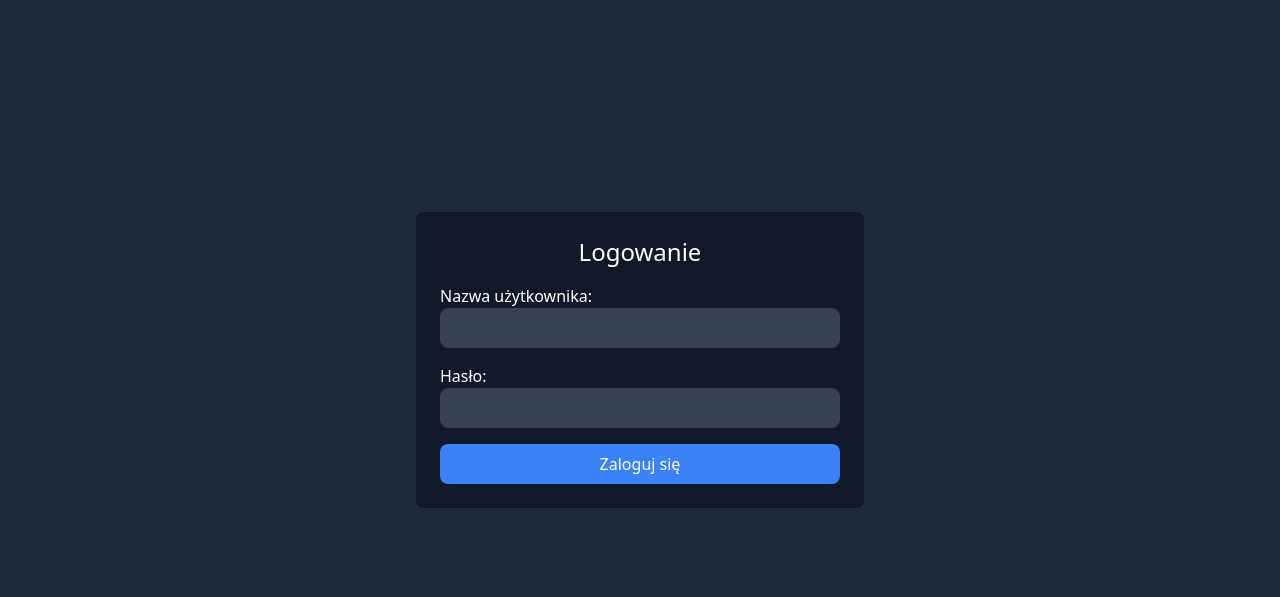
Repository: DaveCala/AplikacjaMeble
Page: http://localhost/login/login_form.php
The author's editor kept a copy of each file at every save. The page is drawn from the files as they stood at one save, then again after the next save.
The browser window is 1280 px wide. The pictures show the whole page.
Some web libraries are served in a nearby version. The page is run by PHP 8.4 with error messages shown; the project is at /var/www/html/.

Above is the page before, as saved 2024-11-29 11:40:55.

### login/login_form.php
<?php
session_start();
?>

<!DOCTYPE html>
<html lang="pl">
<head>
    <meta charset="UTF-8">
    <meta name="viewport" content="width=device-width, initial-scale=1.0">
    <title>Logowanie</title>
    <script src="https://cdn.tailwindcss.com"></script>
</head>
<body class="bg-gray-800 flex items-center justify-center min-h-screen">

    <div class="bg-gray-900 p-6 rounded-lg w-full max-w-md">
        <h1 class="text-white text-2xl mb-4 text-center">Logowanie</h1>

        <!-- Sprawdzamy, czy w sesji jest komunikat o błędzie -->
        <?php if (isset($_SESSION['error_message'])) : ?>
            <div class="bg-red-600 text-white py-2 px-4 rounded-lg mb-4">
                <?php echo htmlspecialchars($_SESSION['error_message']); ?>
            </div>
            <?php unset($_SESSION['error_message']); // Usuwamy komunikat po wyświetleniu ?>
        <?php endif; ?>

        <!-- Formularz logowania -->
        <form method="POST" action="login.php">
            <div class="mb-4">
                <label for="username" class="block text-white">Nazwa użytkownika:</label>
                <input type="text" name="username" id="username" class="w-full py-2 px-4 rounded-lg bg-gray-700 text-white" value="">
            </div>
            <div class="mb-4">
                <label for="password" class="block text-white">Hasło:</label>
                <input type="password" name="password" id="password" class="w-full py-2 px-4 rounded-lg bg-gray-700 text-white" value="">
            </div>
            <button type="submit" class="w-full bg-blue-500 py-2 px-4 rounded-lg text-white hover:bg-blue-600">Zaloguj się</button>
        </form>
    </div>

</body>
</html>

After the next save:
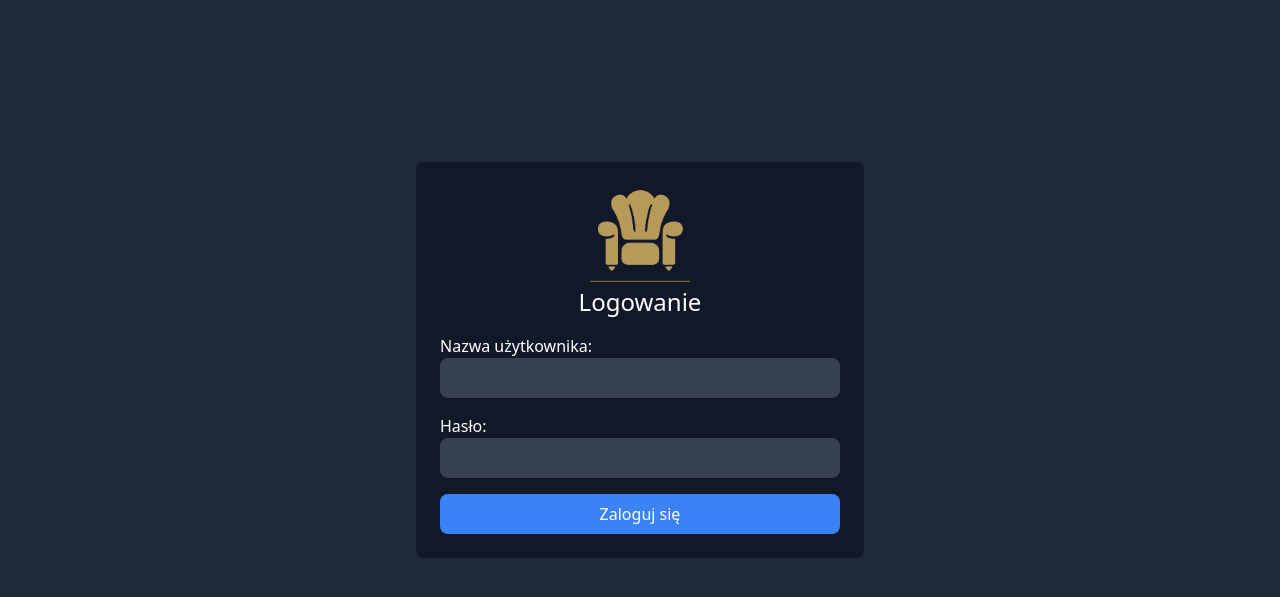
Saved 36 s later.
--- a/login/login_form.php
+++ b/login/login_form.php
@@ -13,6 +13,9 @@ session_start();
 <body class="bg-gray-800 flex items-center justify-center min-h-screen">
 
     <div class="bg-gray-900 p-6 rounded-lg w-full max-w-md">
+    <div class="flex justify-center items-center">
+            <img src="../img/logo_beautysofa_24_pionowe.png" style="width: 100px; height: 100px; object-fit: contain;" alt="Logo BeautySofa">
+        </div>
         <h1 class="text-white text-2xl mb-4 text-center">Logowanie</h1>
 
         <!-- Sprawdzamy, czy w sesji jest komunikat o błędzie -->
